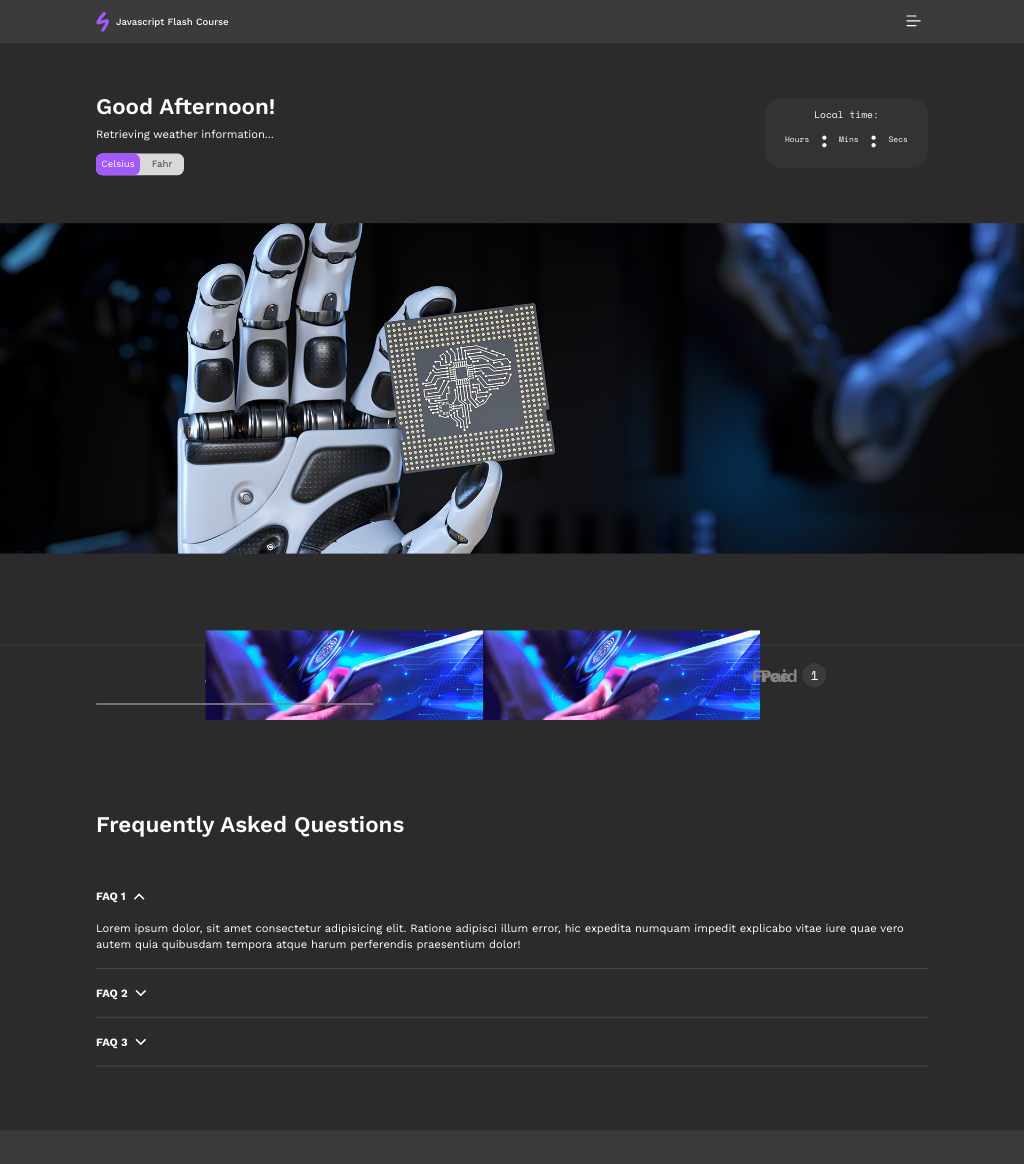
Repository: GettieSirma/JAVASCRIPT-TEST
Page: index.html
These files come from the project's save history. The page is drawn as it stood at one moment and after the next save; the edit follows.
The browser window is 1280 px wide. The pictures show the whole page, at 80% of full size.

Above is the page before, as saved 2024-04-24 11:34:15.
Not found: main.js

After the next save:
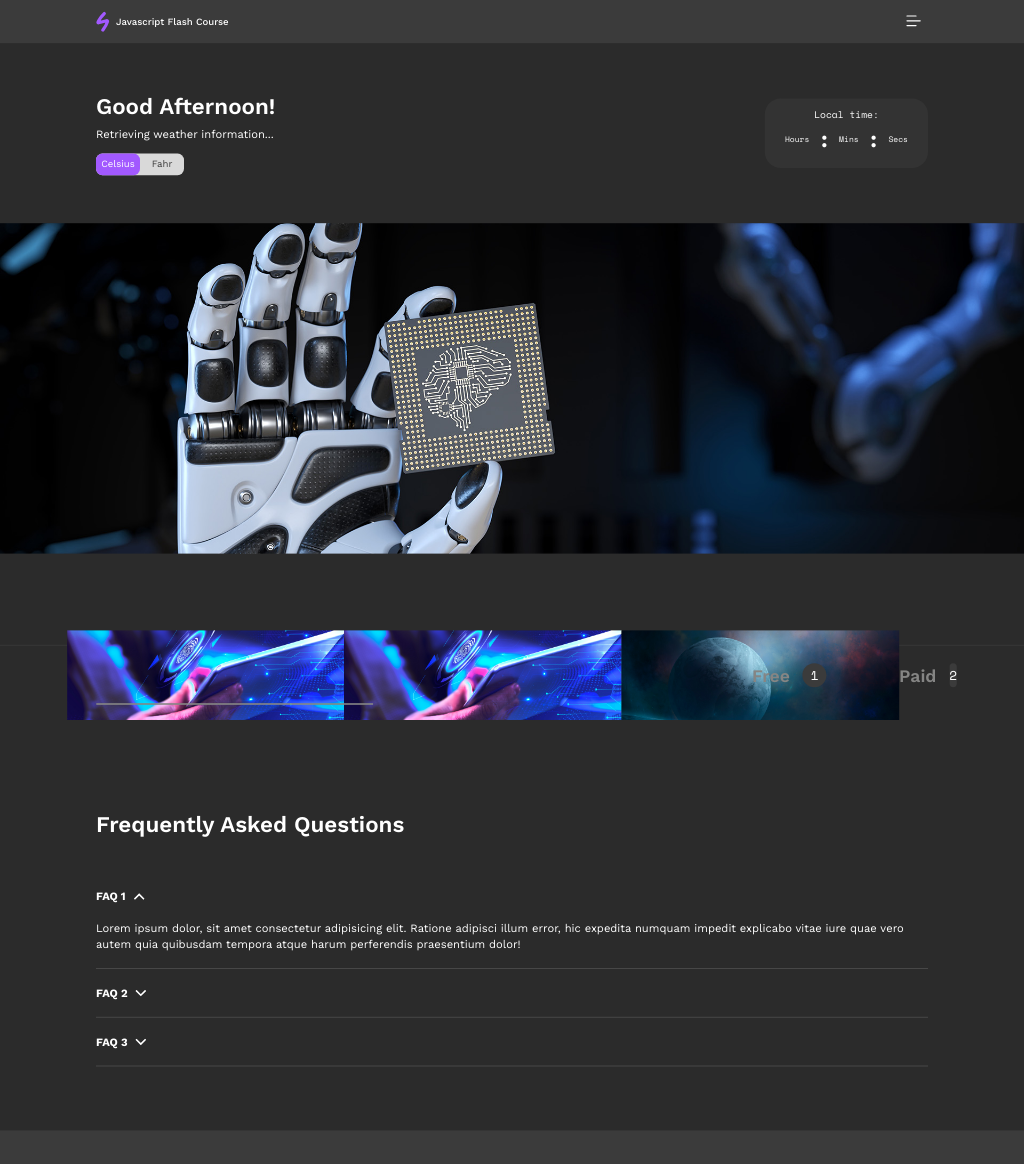
Saved 8 s later.
--- a/index.html
+++ b/index.html
@@ -163,7 +163,7 @@
                 <label for="paid">
                   <img src="assets/gallery/image2.jpg" alt="">
                   <img src="assets/gallery/image2.jpg" alt="">
-                  <img src="" alt="">
+                  <img src="assets/gallery/image3.jpg" alt="">
             Paid
             <span class="product-amount">2</span>
           </label>
